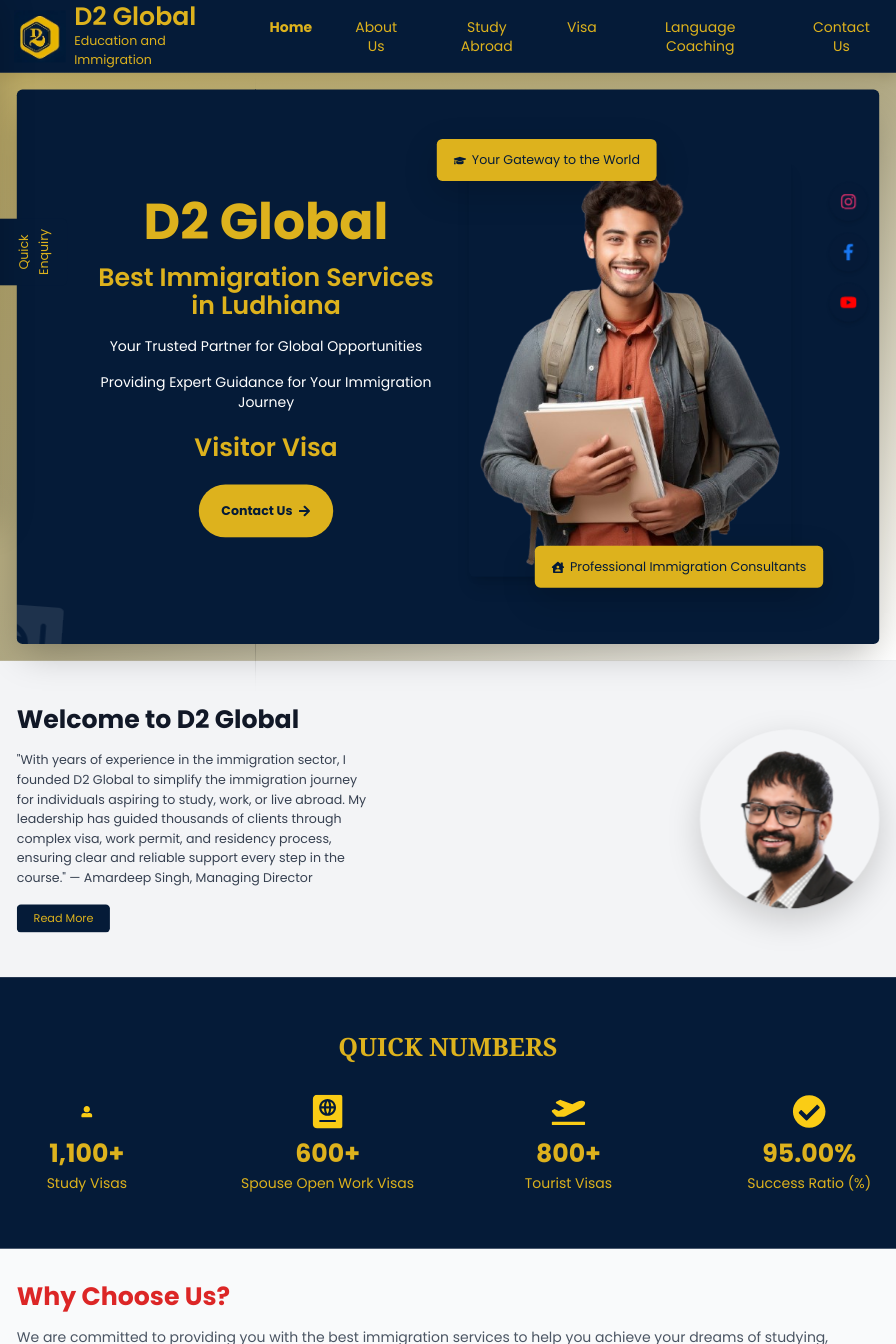
Repository: abhijeets54/d2globalbackup
Page: /
An editor plug-in stored every save of this project. The page is shown before and after a run of saves, followed by the edit.
The browser window is 1280 px wide. The pictures show the part of the page from y = 0 to 1920 px (the page is 6848 px tall), at 70% of full size.
The page's requests for data from a server got no answer. The project was rebuilt for these pictures with package versions that can differ from the ones it lists, and the page was loaded fresh each time. No one was signed in, and anything a server would have sent is missing. Also part of the build but not shown: vite.config.js, src/components/Button.jsx, src/components/PostCard.jsx, src/components/Input.jsx, src/components/Collage.jsx, src/components/PopupForm.jsx, src/components/Events.jsx, src/components/People.jsx and 29 more. Imported but missing from the stored project, and not drawn on this page: src/components/Donate/RestoftheWorld.jsx, src/components/Donate/WithInIndia.jsx, src/components/JoinUs.jsx, src/components/Projects/Awareness.jsx, src/components/Projects/Education.jsx, src/components/Projects/HumanitarianAid.jsx, src/components/ThreePillars.jsx, src/pages/Donate.jsx and 2 more.

Above is the page before, as saved 2024-10-08 10:00:09.

### index.html
<!doctype html>
<html lang="en">
  <head>
    <meta charset="UTF-8" />
    <link rel="icon" type="image/svg+xml" href="/logo.webp" />
    <meta name="viewport" content="width=device-width, initial-scale=1.0" />
    <link href="https://fonts.googleapis.com/css2?family=Gothic+A1&family=Inconsolata:wght@200..900&family=Mukta:wght@200;300;400;500;600;700;800&family=Poppins:ital,wght@0,100;0,200;0,300;0,400;0,500;0,600;0,700;0,800;0,900;1,100;1,200;1,300;1,400;1,500;1,600;1,700;1,800;1,900&display=swap" rel="stylesheet">

    <link href="https://cdn.jsdelivr.net/npm/bootstrap@5.3.3/dist/css/bootstrap.min.css" rel="stylesheet" integrity="sha384-QWTKZyjpPEjISv5WaRU9OFeRpok6YctnYmDr5pNlyT2bRjXh0JMhjY6hW+ALEwIH" crossorigin="anonymous">
    <link
  rel="stylesheet"
  href="https://cdnjs.cloudflare.com/ajax/libs/font-awesome/5.15.3/css/all.min.css"
/>
    <title>D2 Global</title>
  </head>
  <body class="bg-slate-400">
    <div id="root"></div>
    <script src="https://cdn.jsdelivr.net/npm/bootstrap@5.3.3/dist/js/bootstrap.bundle.min.js" integrity="sha384-YvpcrYf0tY3lHB60NNkmXc5s9fDVZLESaAA55NDzOxhy9GkcIdslK1eN7N6jIeHz" crossorigin="anonymous"></script>
    <script type="module" src="/src/main.jsx"></script>
  </body>
</html>

### src/App.jsx
import React, { useState, useEffect } from 'react'
import './App.css'
import { Footer, Header } from './components'
import { Outlet } from 'react-router-dom'


function App() {
  const [loading, setLoading] = useState(false)

  return !loading ? (
    <div className='min-h-screen flex flex-wrap content-between bg-gray-400'>
      <div className='w-full block'>
        <Header />
        <main>
        <Outlet />
        </main>
        <Footer />
      </div>
    </div>
  ) : null
}

export default App

### src/pages/Home.jsx
import React, { useState } from 'react';
import { useNavigate } from 'react-router-dom';
import Collage from '../components/Collage';
import OurAssociates from '../components/OurAssociates';
import QuickNumbers from '../components/QuickNumbers';
import WhatPeopleAreSaying from '../components/WhatPeopleAreSaying';

import Register from '../components/Register';

import About from '../components/About';
import Offer from '../components/Offer';
import Countries from '../components/Countries';
import PopupForm from '../components/PopupForm';
import Events from '../components/Events';
import QuickEnquiry from '../components/ContactUs/QuickEnquiry';
import Choose from '../components/Choose';
import People from '../components/People';
import CollageWithAnimations from '../components/CollageWithAnimations';
function Home() {
  const navigate = useNavigate();
  const [showFullText, setShowFullText] = useState(false);

  const handleReadMore = () => {
    navigate('/About');
  };

  const handleMoreAboutUs = () => {
    setShowFullText(!showFullText);
  };

  return (
    <>
   <CollageWithAnimations/>
      {/* <PopupForm /> */}
      <QuickEnquiry />
      {/* <Collage /> */}

        <About />
        {/* <People/> */}
        <QuickNumbers />
        <Choose/>
        <Offer />

        {/* <Timeline /> */}



            <Countries />


            <OurAssociates />

          <WhatPeopleAreSaying />
          {/* <Events /> */}

          <Register />


    </>
  );
}

export default Home;

### src/components/Layout.jsx
// src/components/Layout.jsx
import React from 'react';
import { Outlet, useNavigate } from 'react-router-dom';

const Layout = () => {
  const navigate = useNavigate();

  const handleDonateClick = () => {
    navigate('/Donate');
  };

  return (
    <div>
      <Outlet />
      {/* <a
        href="#top"
        className="fixed right-2 bottom-16 bg-blue-950 text-white hover:bg-yellow-500 py-1 px-2 rounded-2 h-8 w-10 mt-2"
        style={{ zIndex: 1000 }}
      >
        <img src="../../IOC Website pictures/icons8-top-50.png" alt="Go to top " />
      </a> */}
    </div>
  );
};

export default Layout;

### src/components/OurAssociates.jsx
import React from 'react';
import 'tailwindcss/tailwind.css';

const logos = [
  '/oxford.webp',
  '/regent.webp',
  '/webster.webp',
  '/avila.svg',
  '/iau.webp',
  '/bcnlip.webp',
  '/camino.webp',
  '/ihmgs.webp',
  '/uclan.webp',
  '/aura.webp',
  '/lyon.webp'
];

function OurAssociates() {
  return (
    <div className="bg-white py-8">
      <h4 className="text-center text-blue-950 mt-3 text-3xl font-semibold">OUR PARTNERS</h4>
      <br />
      <div className="overflow-hidden relative">
        <div className="flex animate-scroll1 space-x-4 sm:space-x-6 lg:space-x-8">
          {logos.concat(logos).map((logo, index) => (
            <div key={index} className="flex-shrink-0">
              <img
                src={logo}
                alt={`Logo ${index + 1}`}
                className="h-24 w-24 sm:h-32 sm:w-32 lg:h-40 lg:w-40 object-contain"
              />
            </div>
          ))}
        </div>
      </div>
    </div>
  );
}

export default OurAssociates;

### src/components/QuickNumbers.jsx
import React, { useEffect, useState, useRef } from 'react';
import CountUp from 'react-countup';
import { FaUserAlt, FaPassport, FaPlaneDeparture, FaCheckCircle } from 'react-icons/fa';
import 'tailwindcss/tailwind.css';

const data = [
  {
    icon: <FaUserAlt className="h-12 w-12++ text-yellow-400 mb-2" />,
    number: 1100,
    label: 'Study Visas'
  },
  {
    icon: <FaPassport className="h-12 w-12 text-yellow-400 mb-2" />,
    number: 600,
    label: 'Spouse Open Work Visas'
  },
  {
    icon: <FaPlaneDeparture className="h-12 w-12 text-yellow-400 mb-2" />,
    number: 800,
    label: 'Tourist Visas'
  },
  {
    icon: <FaCheckCircle className="h-12 w-12 text-yellow-400 mb-2" />,
    number: 95,
    label: 'Success Ratio (%)',
    isDecimal: true,
  }
];

function QuickNumbers() {
  const [showCounts, setShowCounts] = useState(false);
  const quickNumbersRef = useRef(null);

  useEffect(() => {
    const observer = new IntersectionObserver(
      (entries) => {
        if (entries[0].isIntersecting) {
          setShowCounts(true);
        }
      },
      { threshold: 0.2 }
    );

    if (quickNumbersRef.current) {
      observer.observe(quickNumbersRef.current);
    }

    return () => {
      if (quickNumbersRef.current) {
        observer.unobserve(quickNumbersRef.current);
      }
    };
  }, []);

  return (
    <div ref={quickNumbersRef} className="bg-customBlue py-8 w-full">
      <h2 className="text-center text-2xl sm:text-4xl font-serif font-extrabold text-customYellow pt-5 mb-8">
        QUICK NUMBERS
      </h2>

      {/* Responsive Grid Layout */}
      <div className="grid grid-cols-1 sm:grid-cols-2 lg:grid-cols-4 gap-8 lg:gap-24 mt-5 pb-5">
        {data.map((item, index) => (
          <div key={index} className="text-center text-customYellow flex flex-col items-center">
            <div className="quicknumber flex flex-col justify-center items-center">
              <div className="icon mb-2">{item.icon}</div>
              <h3 className="text-2xl sm:text-4xl font-bold">
                {showCounts && (
                  <CountUp
                    end={item.number}
                    duration={7}
                    decimals={item.isDecimal ? 2 : 0}
                    suffix={item.isDecimal ? "%" : "+"}
                  />
                )}
              </h3>
              <p className="mt-2 text-base sm:text-xl">{item.label}</p>
            </div>
          </div>
        ))}
      </div>
    </div>
  );
}

export default QuickNumbers;

### src/components/ContactUs/QuickEnquiry.jsx
import React, { useState, useRef } from 'react';
import emailjs from '@emailjs/browser';

const QuickEnquiry = () => {
  const form = useRef(null);

  // State variables for form fields
  const [name, setName] = useState('');
  const [email, setEmail] = useState('');
  const [subject, setSubject] = useState('');
  const [phone, setPhone] = useState('');
  const [message, setMessage] = useState('');
  const [country, setCountry] = useState('');

  // State variables for success message and form visibility
  const [isOpen, setIsOpen] = useState(false);
  const [successMessage, setSuccessMessage] = useState('');

  // Toggle form visibility
  const toggleForm = () => {
    setIsOpen(!isOpen);
    setSuccessMessage(''); // Clear any previous success message
  };

  // Form submission handler
  const handleSubmit = (e) => {
    e.preventDefault();

    emailjs
      .sendForm('service_3x7bjfj', 'template_530xg64', form.current, 'I7UB0PZBIaKgzxane')
      .then(
        () => {
          // Clear form fields after successful submission
          setName('');
          setEmail('');
          setSubject('');
          setPhone('');
          setMessage('');
          setCountry('');

          // Display success message
          setSuccessMessage('Your message was sent successfully! We will get back to you very soon.');
        },
        (error) => {
          console.log('FAILED...', error.text);
        },
      );
  };

  return (
    <div className="fixed left-0 top-1/2 transform -translate-y-1/2 z-50">
      {/* Quick Enquiry Button */}
      <div
        className="bg-customBlue hover:bg-blue-800 text-customYellow p-5 sm:p-4 md:p-6 lg:p-12 rounded-r-lg cursor-pointer flex items-center justify-center h-12 w-12 sm:h-16 sm:w-16"
        onClick={toggleForm}
      >
        <span className="transform -rotate-90 text-xs sm:text-sm md:text-lg">Quick Enquiry</span>
      </div>

      {/* Contact Form */}
      <div
        className={`fixed left-0 top-1/2 transform -translate-y-1/2 z-50 bg-white shadow-lg w-full sm:w-80 md:w-96 lg:w-96 transition-transform duration-500 ${
          isOpen ? 'translate-x-0' : '-translate-x-full'
        }`}
      >
        <div className="p-4 sm:p-6 md:p-8">
          <h2 className="text-xl sm:text-2xl font-bold mb-4 text-center">Contact Us</h2>

          <form onSubmit={handleSubmit} ref={form}>
            {/* Name Field */}
            <div className="mb-4">
              <label className="block text-gray-700 text-sm font-bold mb-2" htmlFor="name">
                Name
              </label>
              <input
                className="shadow appearance-none border rounded w-full py-2 px-3 text-gray-700 leading-tight focus:outline-none focus:shadow-outline"
                id="name"
                type="text"
                name="name"
                value={name}
                onChange={(e) => setName(e.target.value)}
                required
              />
            </div>

            {/* Phone Field */}
            <div className="mb-4">
              <label className="block text-gray-700 text-sm font-bold mb-2" htmlFor="phone">
                Phone number with Country Code
              </label>
              <input
                className="shadow appearance-none border rounded w-full py-2 px-3 text-gray-700 leading-tight focus:outline-none focus:shadow-outline"
                id="phone"
                type="text"
                name="phone"
                value={phone}
                onChange={(e) => setPhone(e.target.value)}
                required
              />
            </div>

            {/* Email Field */}
            <div className="mb-4">
              <label className="block text-gray-700 text-sm font-bold mb-2" htmlFor="email">
                Email
              </label>
              <input
                className="shadow appearance-none border rounded w-full py-2 px-3 text-gray-700 leading-tight focus:outline-none focus:shadow-outline"
                id="email"
                name="email"
                type="email"
                value={email}
                onChange={(e) => setEmail(e.target.value)}
                required
              />
            </div>

            {/* Preferred Country Field */}
            <div className="mb-4">
              <label className="block text-gray-700 text-sm font-bold mb-2" htmlFor="country">
                Preferred Country
              </label>
              <select
                className="shadow appearance-none border rounded w-full py-2 px-3 text-gray-700 leading-tight focus:outline-none focus:shadow-outline"
                id="country"
                name="country"
                value={country}
                onChange={(e) => setCountry(e.target.value)}
                required
              >
                <option value="" disabled>
                  Select a country
                </option>
                <option value="Canada">Canada</option>
                <option value="USA">USA</option>
                <option value="Australia">Australia</option>
                <option value="UK">UK</option>
                <option value="Dubai">Dubai</option>
                <option value="Europe">Europe</option>
              </select>
            </div>

            {/* Subject Field */}
            <div className="mb-4">
              <label className="block text-gray-700 text-sm font-bold mb-2" htmlFor="subject">
                Subject
              </label>
              <input
                className="shadow appearance-none border rounded w-full py-2 px-3 text-gray-700 leading-tight focus:outline-none focus:shadow-outline"
                id="subject"
                type="text"
                name="subject"
                value={subject}
                onChange={(e) => setSubject(e.target.value)}
                required
              />
            </div>

            {/* Message Field */}
            <div className="mb-4">
              <label className="block text-gray-700 text-sm font-bold mb-2" htmlFor="message">
                Message
              </label>
              <textarea
                className="shadow appearance-none border rounded w-full py-2 px-3 text-gray-700 leading-tight focus:outline-none focus:shadow-outline"
                id="message"
                name="message"
                rows="4"
                value={message}
                onChange={(e) => setMessage(e.target.value)}
                required
              ></textarea>
            </div>

            <div className="text-center">
              <button className="bg-blue-950 text-yellow-400 py-2 px-4 rounded" type="submit">
                Send Message
              </button>
            </div>

            {/* Success Message Below Button */}
            {successMessage && (
              <div className="mt-4 text-center text-green-500">
                {successMessage}
              </div>
            )}
          </form>
        </div>

        {/* Close Button */}
        <div
          className="absolute top-0 right-0 mt-4 mr-4 cursor-pointer text-gray-500"
          onClick={toggleForm}
        >
          &#x2715;
        </div>
      </div>
    </div>
  );
};

export default QuickEnquiry;

### src/components/container/Container.jsx
import React from 'react'

function Container({ children }) {
  return <div className='w-full'>{children}</div>
}

export default Container

### src/components/Logo.jsx
import React from 'react';
import logo from '/logo.webp'; // Adjust path as necessary

function Logo() {
  return (
    <div>
      <img src={logo} alt="logo" height={75} width={75}/>
    </div>
  );
}

export default Logo;

Loaded but not shown: tailwind.config.js (35 lines, source omitted); src/components/index.js (19 lines, source omitted); src/components/Header/Header.jsx (265 lines, source omitted); src/components/Countries.jsx (133 lines, source omitted); src/components/CollageWithAnimations.jsx (150 lines, source omitted); src/components/Choose.jsx (155 lines, source omitted); src/components/Register.jsx (150 lines, source omitted); src/main.jsx (100 lines, source omitted); src/components/WhatPeopleAreSaying.jsx (112 lines, source omitted); src/components/ContactUs/ContactUs.jsx (89 lines, source omitted); src/App.css (212 lines, source omitted); src/index.css (166 lines, source omitted); src/components/Offer.jsx (69 lines, source omitted); src/components/About.jsx (84 lines, source omitted)

After the next 2 saves:
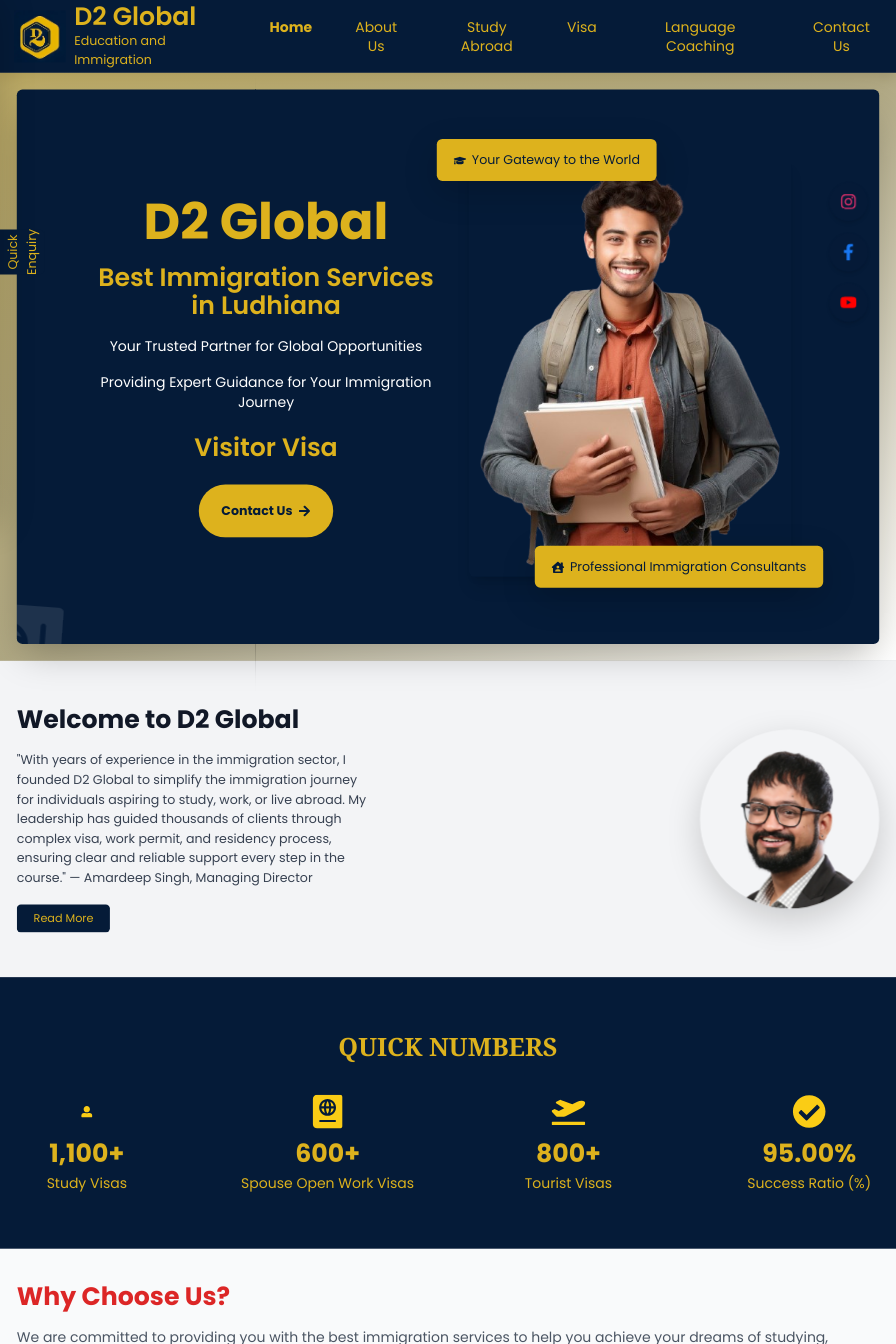
The 2 saves are shown as one change because they came seconds apart.
The last was saved 70 s later.
--- a/src/components/ContactUs/QuickEnquiry.jsx
+++ b/src/components/ContactUs/QuickEnquiry.jsx
@@ -51,7 +51,7 @@
     <div className="fixed left-0 top-1/2 transform -translate-y-1/2 z-50">
       {/* Quick Enquiry Button */}
       <div
-        className="bg-customBlue hover:bg-blue-800 text-customYellow p-5 sm:p-4 md:p-6 lg:p-12 rounded-r-lg cursor-pointer flex items-center justify-center h-12 w-12 sm:h-16 sm:w-16"
+        className="bg-customBlue hover:bg-blue-800 text-customYellow p-3 sm:p-4 md:p-4 lg:p-12 rounded-r-lg cursor-pointer flex items-center justify-center h-12 w-12 sm:h-16 sm:w-16"
         onClick={toggleForm}
       >
         <span className="transform -rotate-90 text-xs sm:text-sm md:text-lg">Quick Enquiry</span>

After the 5 saves that followed:
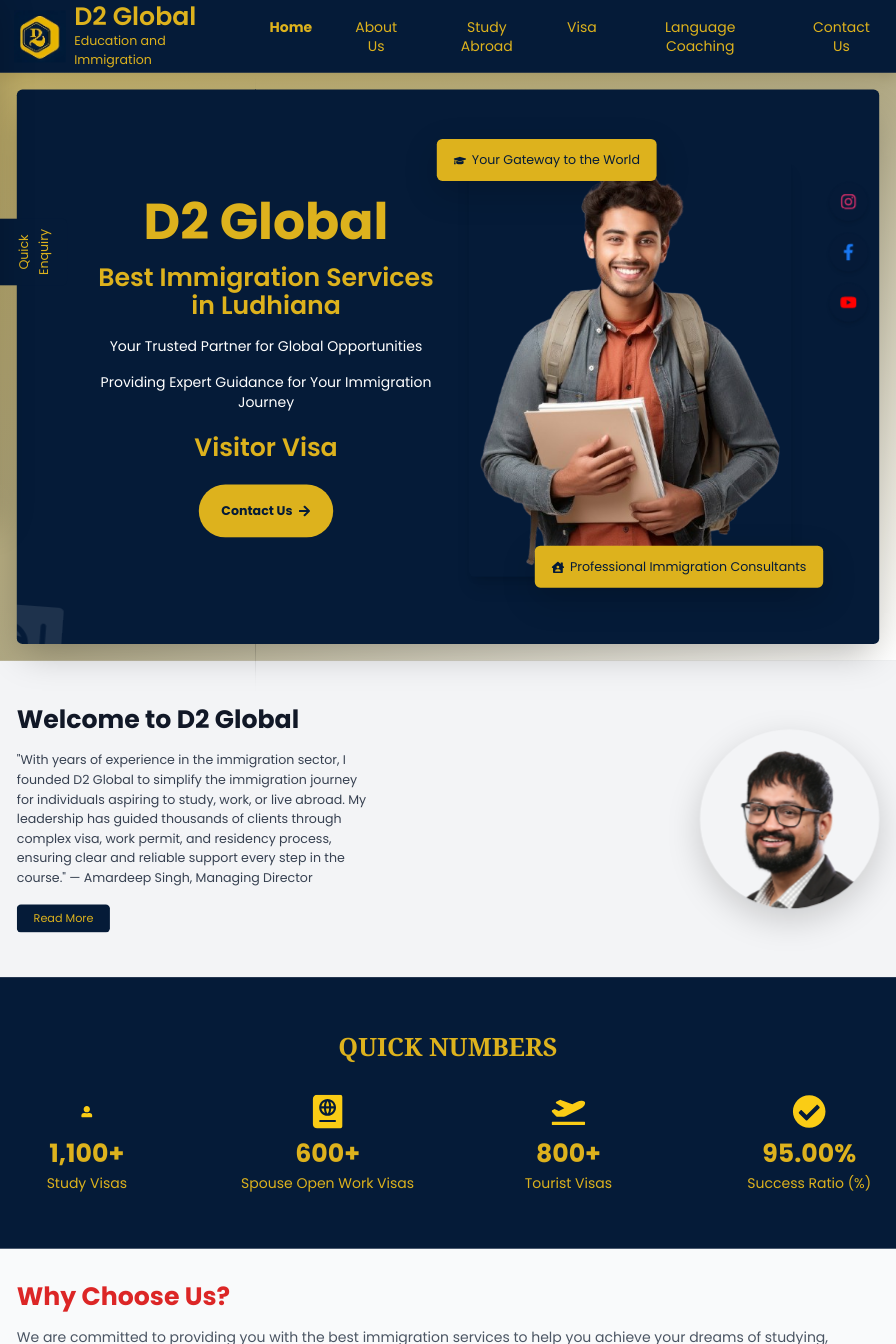
The 5 saves are shown as one change because 3 left the picture as it was and some came seconds apart.
The last was saved 30 s later.
--- a/src/components/ContactUs/QuickEnquiry.jsx
+++ b/src/components/ContactUs/QuickEnquiry.jsx
@@ -51,7 +51,7 @@
     <div className="fixed left-0 top-1/2 transform -translate-y-1/2 z-50">
       {/* Quick Enquiry Button */}
       <div
-        className="bg-customBlue hover:bg-blue-800 text-customYellow p-3 sm:p-4 md:p-4 lg:p-12 rounded-r-lg cursor-pointer flex items-center justify-center h-12 w-12 sm:h-16 sm:w-16"
+        className="bg-customBlue hover:bg-blue-800 text-customYellow p-5 sm:p-4 md:p-6 lg:p-12 rounded-r-lg cursor-pointer flex items-center justify-center h-12 w-12 sm:h-16 sm:w-16"
         onClick={toggleForm}
       >
         <span className="transform -rotate-90 text-xs sm:text-sm md:text-lg">Quick Enquiry</span>
